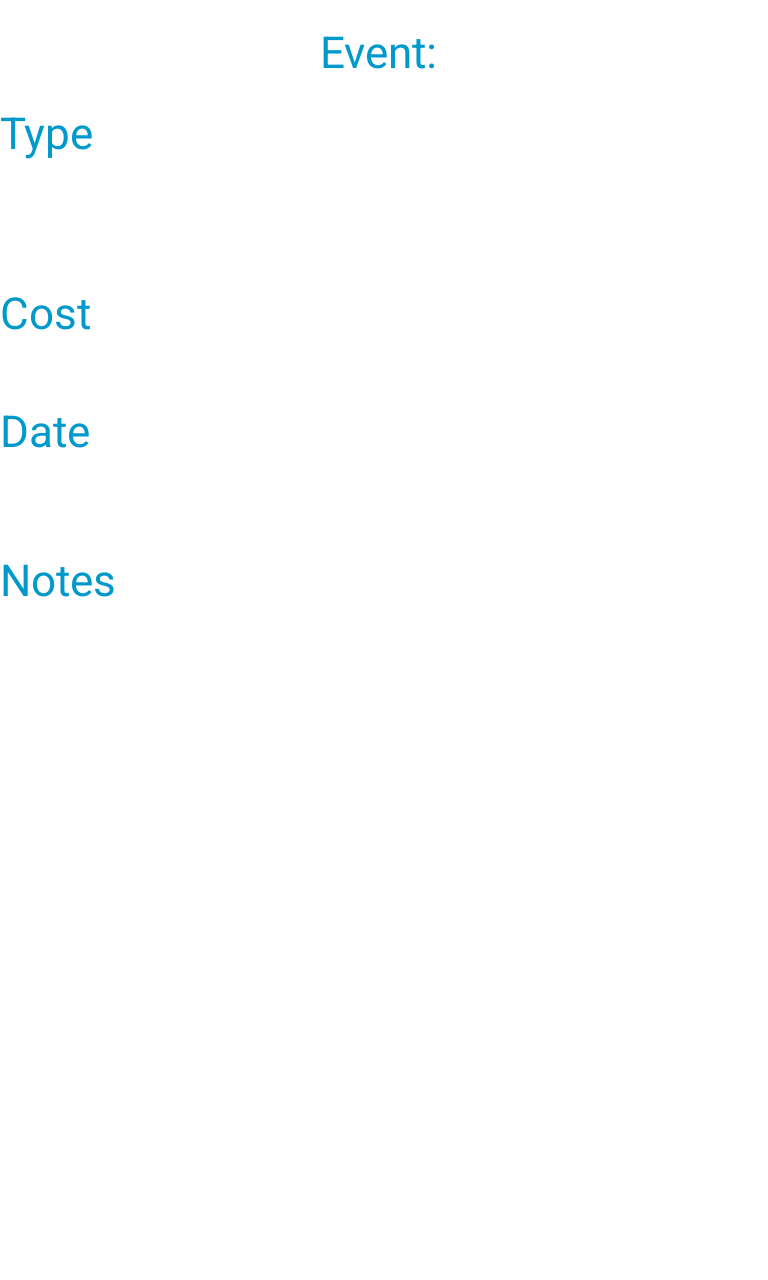
Repository: jpdias/timeinmoney
Layout: TimeInMoney/res/layout/activity_single.xml
An editor plug-in stored every save of this project. The layout is shown before and after the next save, followed by the edit.
It is drawn on a 768 x 1280 px phone screen (xhdpi) without system bars, with theme AppTheme; the app's code is not run.

Above is the layout before, as saved 2013-06-23 13:36:23.

After the next save:
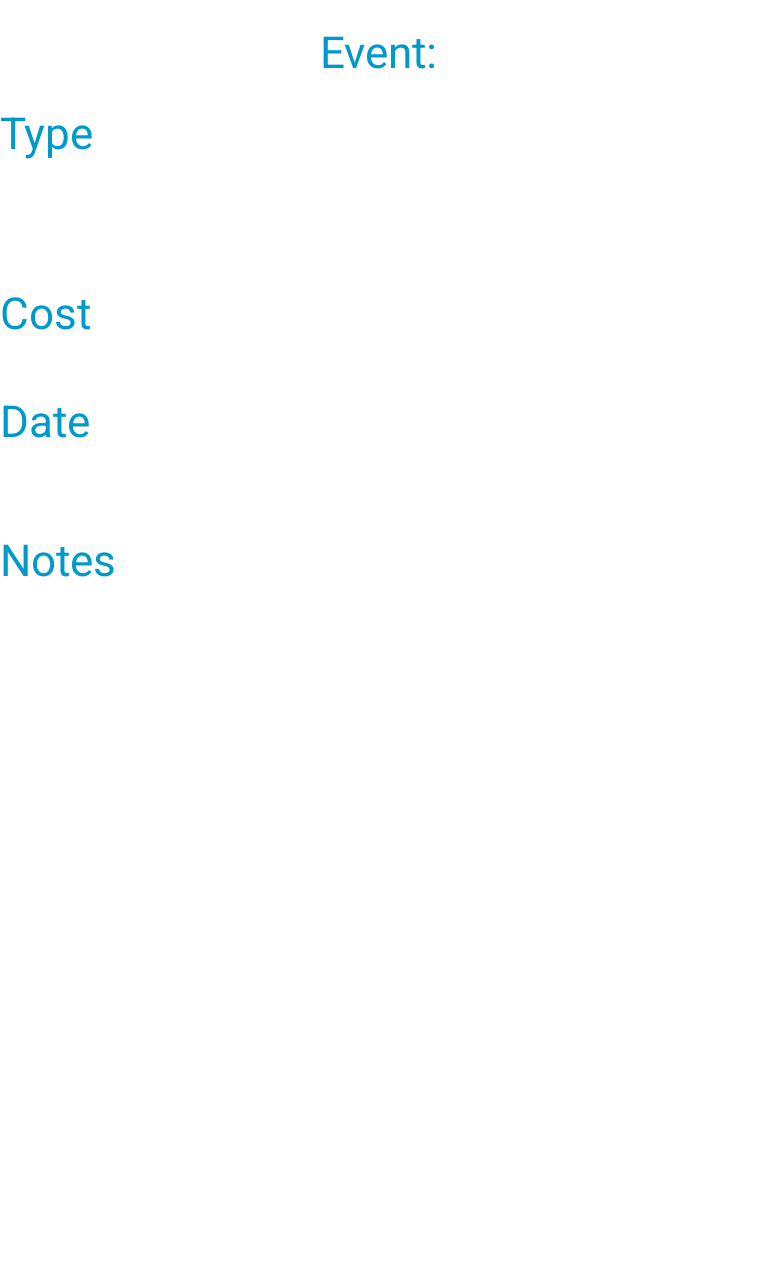
Saved 49 s later.
--- a/TimeInMoney/res/layout/activity_single.xml
+++ b/TimeInMoney/res/layout/activity_single.xml
@@ -31,7 +31,7 @@
         android:id="@+id/Type_Label"
         android:layout_width="match_parent"
         android:layout_height="45dp"
-        android:textAppearance="?android:attr/textAppearanceLarge"
+        android:textAppearance="?android:attr/textAppearanceMedium"
         android:textColor="#0099CC"
          />
 
@@ -48,7 +48,7 @@
         android:layout_width="wrap_content"
         android:layout_height="wrap_content"
 
-        android:textAppearance="?android:attr/textAppearanceLarge"
+        android:textAppearance="?android:attr/textAppearanceMedium"
         android:textColor="#0099CC" />
 
     <TextView
@@ -62,7 +62,7 @@
         android:id="@+id/Date_Label"
         android:layout_width="wrap_content"
         android:layout_height="wrap_content"
-        android:textAppearance="?android:attr/textAppearanceLarge"
+        android:textAppearance="?android:attr/textAppearanceMedium"
         android:textColor="#0099CC" />
 
     <TextView
@@ -77,8 +77,8 @@
         android:id="@+id/Notes_Field"
         android:layout_width="match_parent"
         android:layout_height="wrap_content"
-        android:ems="10"
-        android:inputType="textMultiLine"
+       android:textAppearance="?android:attr/textAppearanceMedium"
+       android:textColor="#0099CC" />
       />
 
 
